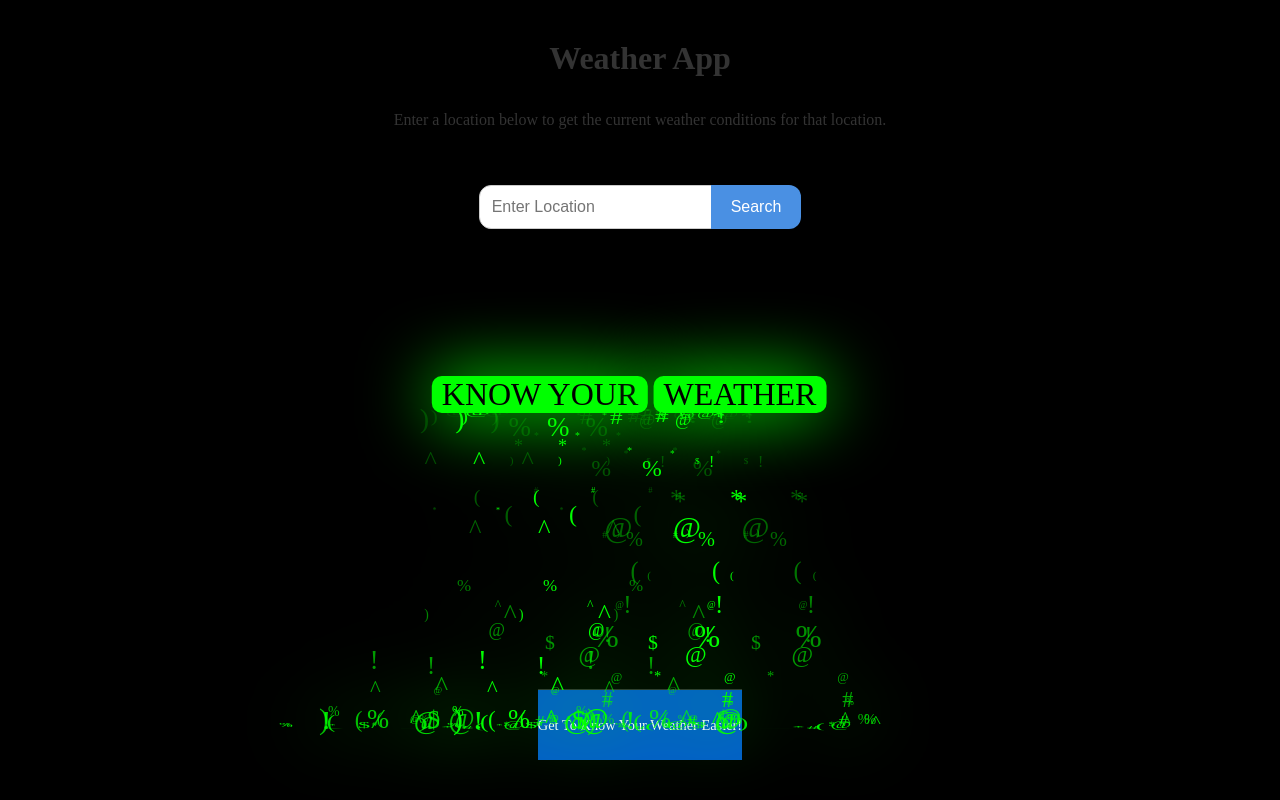
Repository: AlaaYou/Weather-App
Page: index.html
These files come from the project's save history. The page is drawn as it stood at one moment and after the next save; the edit follows.
The browser window is 1280 px wide. The pictures show the whole page.

Above is the page before, as saved 2024-10-20 23:45:41.

After the next save:
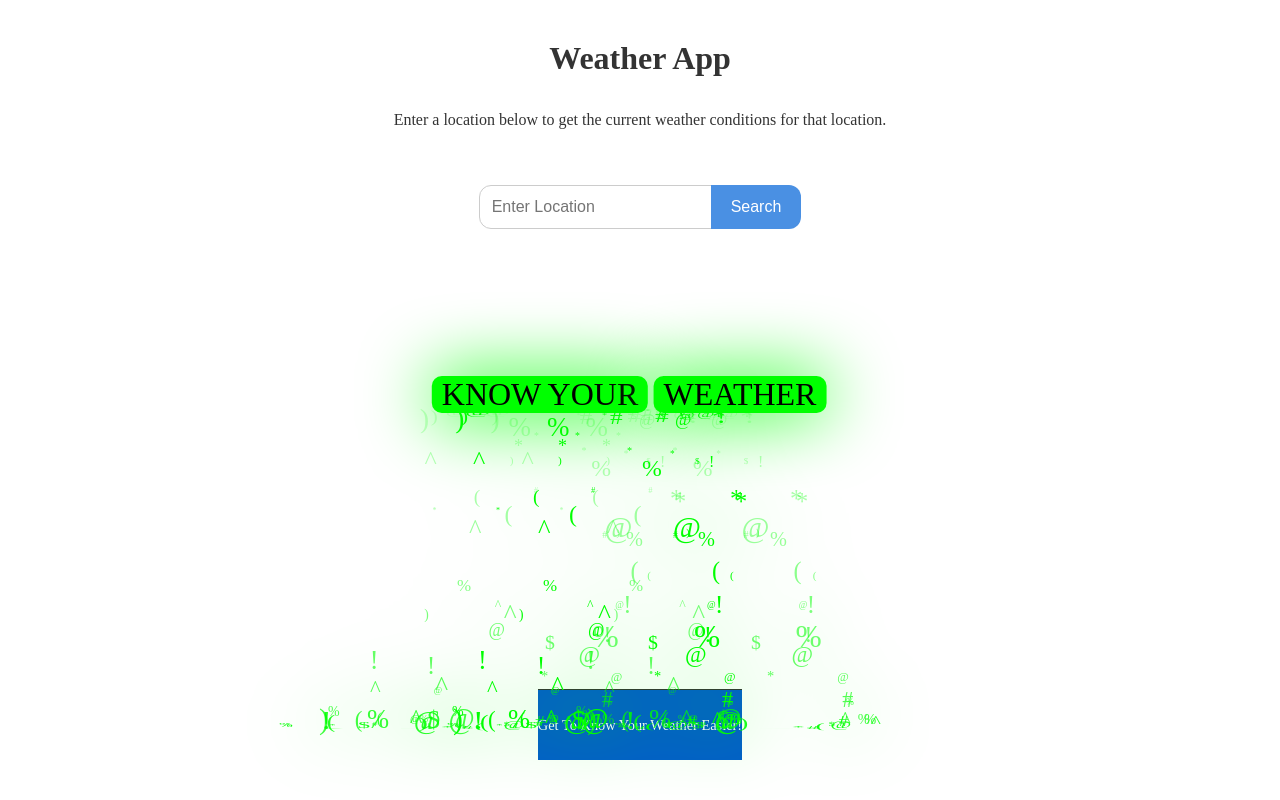
Saved 23 s later.
--- a/styles.css
+++ b/styles.css
@@ -14,7 +14,6 @@ body {
   display: flex;
   flex-direction: column;
   min-height: 100vh;
-  background: #000;
   color: #333;
   justify-content: center;
   align-items: center;
